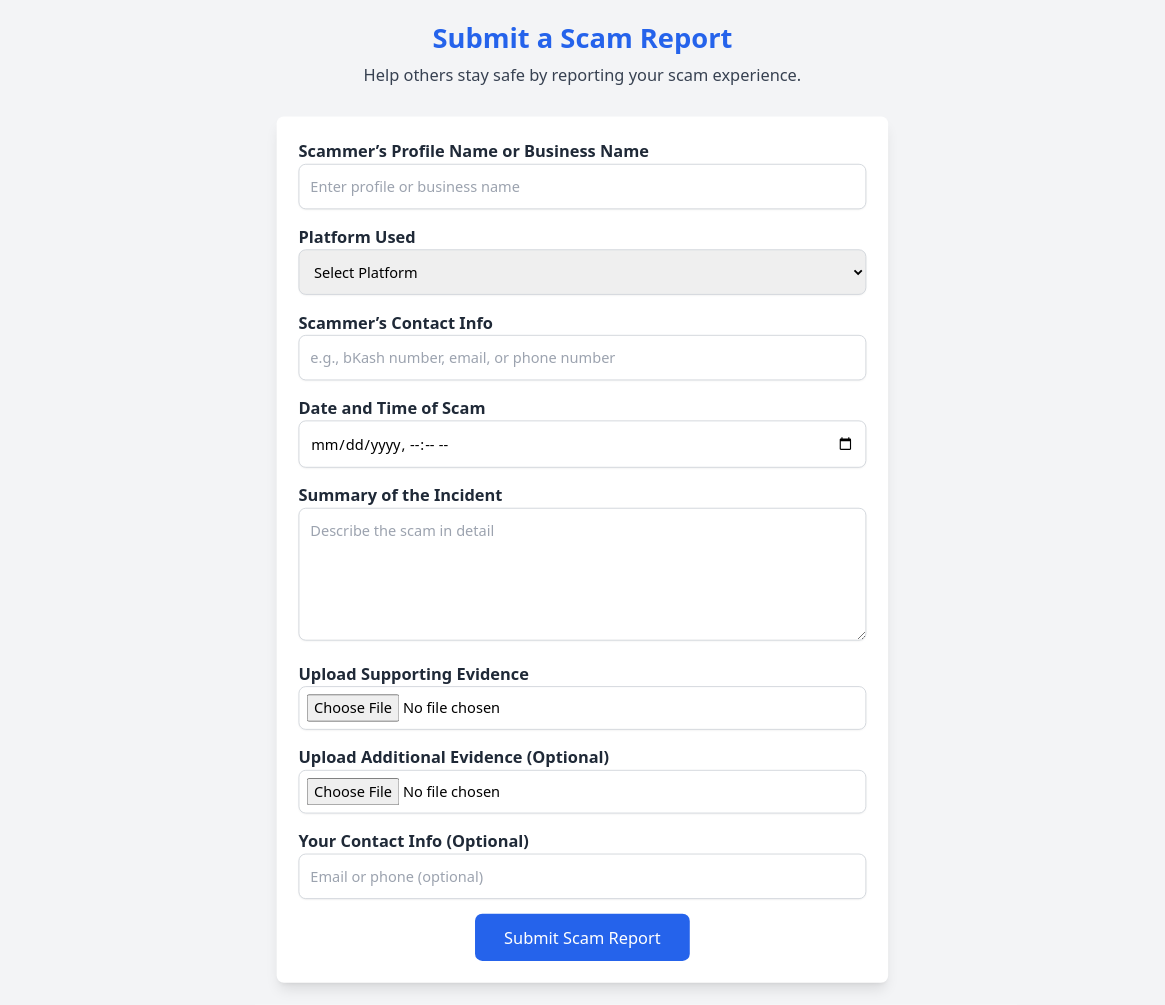
Repository: dev-athar/protarok
Page: /submit-scam
These files come from the project's save history. The page is drawn as it stood at one moment and after the next save; the edit follows.
The browser window is 1280 px wide. The pictures show the whole page, at 91% of full size.
The project was rebuilt for these pictures with package versions that can differ from the ones it lists, and the page was loaded fresh each time. Also part of the build but not shown: vite.config.ts, src/pages/HomePage.tsx, src/pages/SearchResultsPage.tsx.

Above is the page before, as saved 2024-12-29 13:03:46.

After the next save:
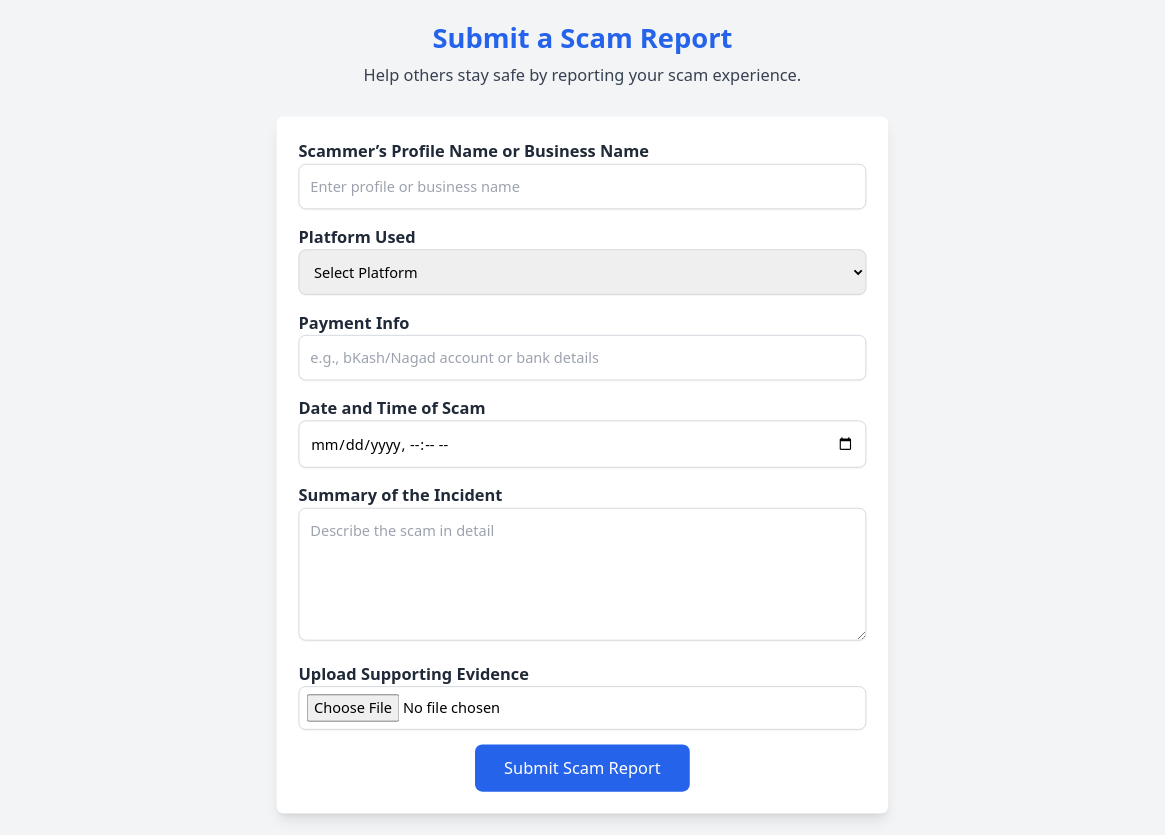
Saved 4 min 11 s later.
--- a/src/pages/SubmitScamPage.tsx
+++ b/src/pages/SubmitScamPage.tsx
@@ -5,7 +5,7 @@
   const [formData, setFormData] = useState({
     scamProfileName: "",
     platform: "",
-    scamContactInfo: "",
+    paymentInfo: "",
     dateOfScam: "",
     description: "",
     proof: null,
@@ -40,7 +40,7 @@
     setFormData({
       scamProfileName: "",
       platform: "",
-      scamContactInfo: "",
+      paymentInfo: "",
       dateOfScam: "",
       description: "",
       proof: null,
@@ -118,22 +118,22 @@
             </select>
           </div>
 
-          {/* Scammer’s Contact Info */}
-          <div className="mb-4">
-            <label
-              htmlFor="scamContactInfo"
-              className="block text-lg font-semibold text-gray-800"
-            >
-              Scammer’s Contact Info
+          {/* Payment Info */}
+          <div className="mb-4">
+            <label
+              htmlFor="paymentInfo"
+              className="block text-lg font-semibold text-gray-800"
+            >
+              Payment Info
             </label>
             <input
               type="text"
-              id="scamContactInfo"
-              name="scamContactInfo"
-              value={formData.scamContactInfo}
-              onChange={handleChange}
-              className="w-full p-3 border border-gray-300 rounded-lg shadow-sm focus:outline-none focus:ring-2 focus:ring-blue-500"
-              placeholder="e.g., bKash number, email, or phone number"
+              id="paymentInfo"
+              name="paymentInfo"
+              value={formData.paymentInfo}
+              onChange={handleChange}
+              className="w-full p-3 border border-gray-300 rounded-lg shadow-sm focus:outline-none focus:ring-2 focus:ring-blue-500"
+              placeholder="e.g., bKash/Nagad account or bank details"
               required
             />
           </div>
@@ -196,43 +196,6 @@
             />
           </div>
 
-          {/* Additional Evidence */}
-          <div className="mb-4">
-            <label
-              htmlFor="additionalEvidence"
-              className="block text-lg font-semibold text-gray-800"
-            >
-              Upload Additional Evidence (Optional)
-            </label>
-            <input
-              type="file"
-              id="additionalEvidence"
-              name="additionalEvidence"
-              accept="image/*,.pdf"
-              onChange={handleFileChange}
-              className="w-full p-2 border border-gray-300 rounded-lg shadow-sm focus:outline-none focus:ring-2 focus:ring-blue-500"
-            />
-          </div>
-
-          {/* Victim Contact Info */}
-          <div className="mb-4">
-            <label
-              htmlFor="victimContactInfo"
-              className="block text-lg font-semibold text-gray-800"
-            >
-              Your Contact Info (Optional)
-            </label>
-            <input
-              type="text"
-              id="victimContactInfo"
-              name="victimContactInfo"
-              value={formData.victimContactInfo}
-              onChange={handleChange}
-              className="w-full p-3 border border-gray-300 rounded-lg shadow-sm focus:outline-none focus:ring-2 focus:ring-blue-500"
-              placeholder="Email or phone (optional)"
-            />
-          </div>
-
           {/* Submit Button */}
           <div className="text-center">
             <button

After the save that followed:
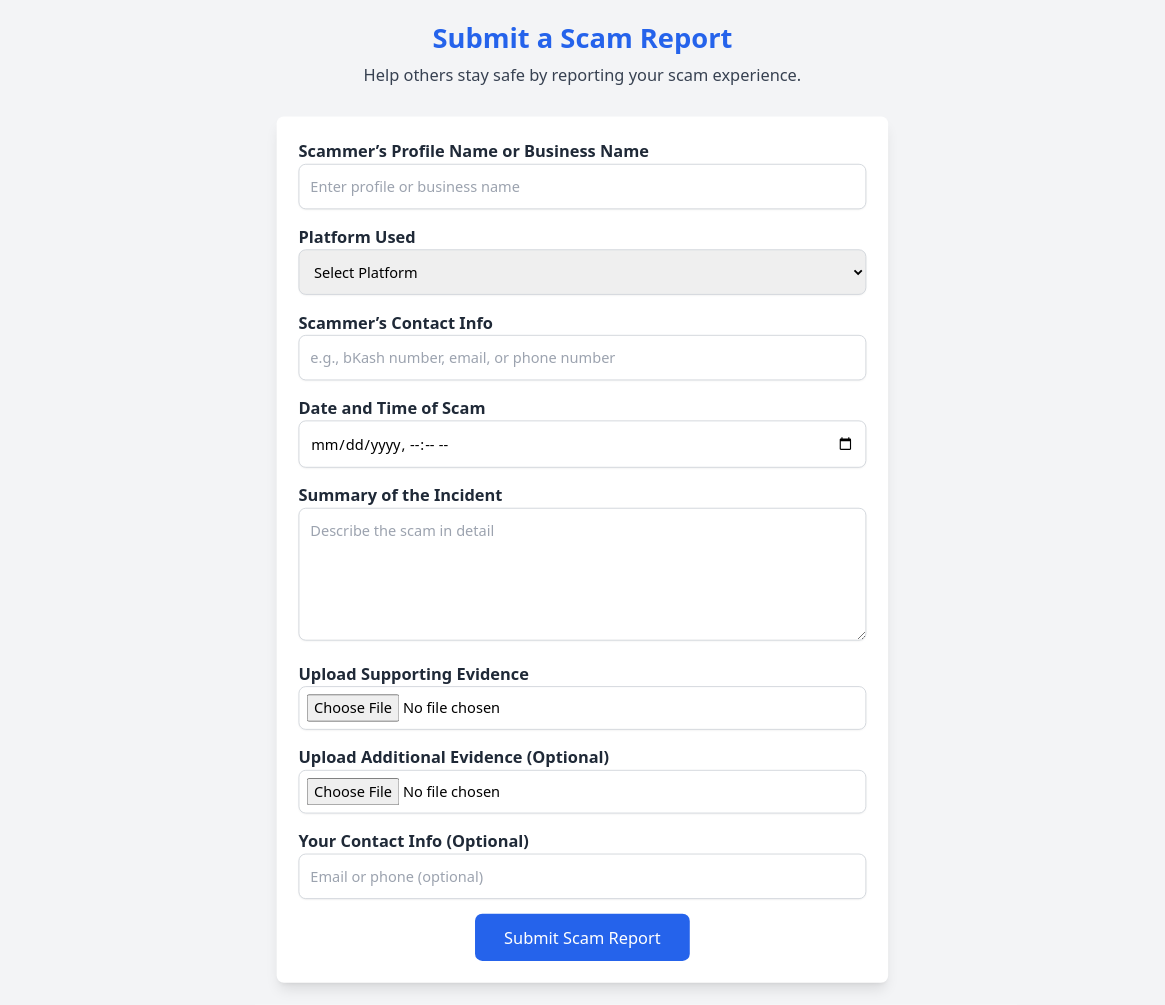
Saved 42 s later.
--- a/src/pages/SubmitScamPage.tsx
+++ b/src/pages/SubmitScamPage.tsx
@@ -5,7 +5,7 @@
   const [formData, setFormData] = useState({
     scamProfileName: "",
     platform: "",
-    paymentInfo: "",
+    scamContactInfo: "",
     dateOfScam: "",
     description: "",
     proof: null,
@@ -40,7 +40,7 @@
     setFormData({
       scamProfileName: "",
       platform: "",
-      paymentInfo: "",
+      scamContactInfo: "",
       dateOfScam: "",
       description: "",
       proof: null,
@@ -118,22 +118,22 @@
             </select>
           </div>
 
-          {/* Payment Info */}
-          <div className="mb-4">
-            <label
-              htmlFor="paymentInfo"
-              className="block text-lg font-semibold text-gray-800"
-            >
-              Payment Info
+          {/* Scammer’s Contact Info */}
+          <div className="mb-4">
+            <label
+              htmlFor="scamContactInfo"
+              className="block text-lg font-semibold text-gray-800"
+            >
+              Scammer’s Contact Info
             </label>
             <input
               type="text"
-              id="paymentInfo"
-              name="paymentInfo"
-              value={formData.paymentInfo}
-              onChange={handleChange}
-              className="w-full p-3 border border-gray-300 rounded-lg shadow-sm focus:outline-none focus:ring-2 focus:ring-blue-500"
-              placeholder="e.g., bKash/Nagad account or bank details"
+              id="scamContactInfo"
+              name="scamContactInfo"
+              value={formData.scamContactInfo}
+              onChange={handleChange}
+              className="w-full p-3 border border-gray-300 rounded-lg shadow-sm focus:outline-none focus:ring-2 focus:ring-blue-500"
+              placeholder="e.g., bKash number, email, or phone number"
               required
             />
           </div>
@@ -196,6 +196,43 @@
             />
           </div>
 
+          {/* Additional Evidence */}
+          <div className="mb-4">
+            <label
+              htmlFor="additionalEvidence"
+              className="block text-lg font-semibold text-gray-800"
+            >
+              Upload Additional Evidence (Optional)
+            </label>
+            <input
+              type="file"
+              id="additionalEvidence"
+              name="additionalEvidence"
+              accept="image/*,.pdf"
+              onChange={handleFileChange}
+              className="w-full p-2 border border-gray-300 rounded-lg shadow-sm focus:outline-none focus:ring-2 focus:ring-blue-500"
+            />
+          </div>
+
+          {/* Victim Contact Info */}
+          <div className="mb-4">
+            <label
+              htmlFor="victimContactInfo"
+              className="block text-lg font-semibold text-gray-800"
+            >
+              Your Contact Info (Optional)
+            </label>
+            <input
+              type="text"
+              id="victimContactInfo"
+              name="victimContactInfo"
+              value={formData.victimContactInfo}
+              onChange={handleChange}
+              className="w-full p-3 border border-gray-300 rounded-lg shadow-sm focus:outline-none focus:ring-2 focus:ring-blue-500"
+              placeholder="Email or phone (optional)"
+            />
+          </div>
+
           {/* Submit Button */}
           <div className="text-center">
             <button
